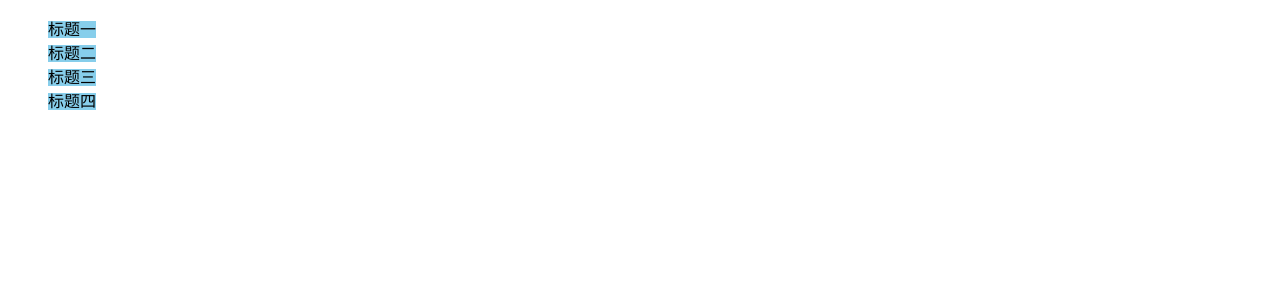
Repository: ldqml/project
Page: jQ/shoufengqin.html
The author's editor kept a copy of each file at every save. The page is drawn from the files as they stood at one save, then again after the next save.
The browser window is 1280 px wide. The pictures show the whole page.

Above is the page before, as saved 2022-07-09 15:54:42.

### jQ/shoufengqin.html
<!DOCTYPE html>
<html lang="en">
<head>
    <meta charset="UTF-8">
    <meta http-equiv="X-UA-Compatible" content="IE=edge">
    <meta name="viewport" content="width=device-width, initial-scale=1.0">
    <title>Document</title>
    <style type="text/css">
        .xiao{
            list-style: none;
        }
        span{
            background:skyblue;
        }
        .sss{
            width: 140px;
            height: 100px;
            border: 1px solid ;
            text-align: center;
            display:none;
        }
    </style>
</head>
<body>
    <div class="da">
        <ul class="xiao">
            <li class="xiao-list">
                <span>标题一</span>
                <div class="sss">
                    <p>我是弹出来的div</p>
                </div>
            </li>
            <li class="xiao-list">
                <span>标题二</span>
                <div class="sss">
                    <p>我是弹出来的div</p>
                </div>
            </li>
            <li class="xiao-list">
                <span>标题三</span>
                <div class="sss">
                    <p>我是弹出来的div</p>
                </div>
            </li>
            <li class="xiao-list">
                <span>标题四</span>
                <div class="sss">
                    <p>我是弹出来的div</p>
                </div>
            </li>
        </ul>
    </div>
</body>
</html>
<script src="jquery-3.6.0.min.js"></script>
<script>
    $(function(){
        $('.xiao li').click(function(){
            $(this).children('div').css('display', 'block').parent().siblings('li').children('div').hide();
        })
    })
</script>

Loaded but not shown: jQ/jquery-3.6.0.min.js (library)

After the next save:
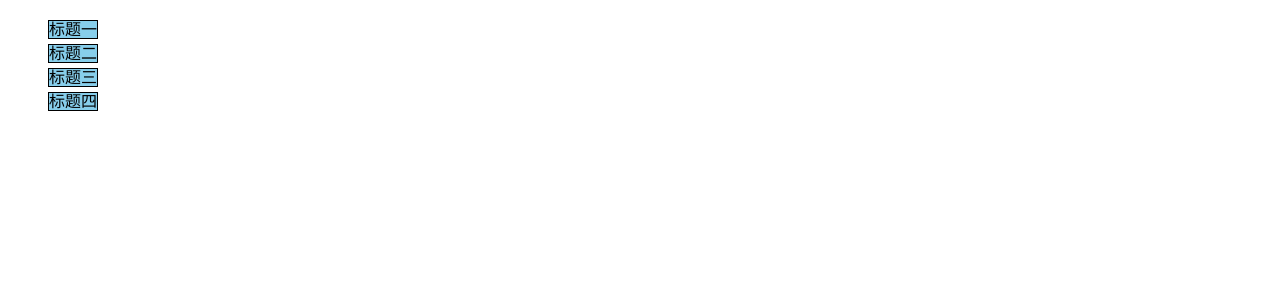
Saved 53 s later.
--- a/jQ/shoufengqin.html
+++ b/jQ/shoufengqin.html
@@ -11,6 +11,7 @@
         }
         span{
             background:skyblue;
+            border: 1px solid ;
         }
         .sss{
             width: 140px;
